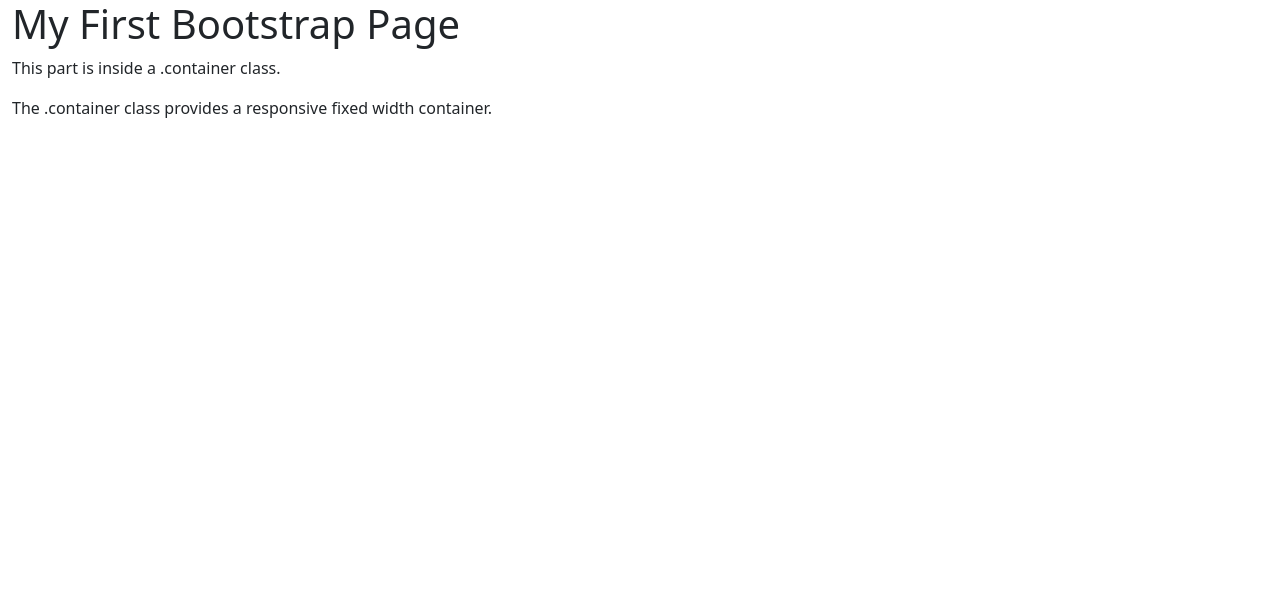
Repository: hoapham2k2/bai_tap_thuc_hanh_is207.n12
Page: index.html
An editor plug-in stored every save of this project. The page is shown before and after the next save, followed by the edit.
The browser window is 1280 px wide. The pictures show the whole page.

Above is the page before, as saved 2022-09-18 20:04:14.

After the next save:
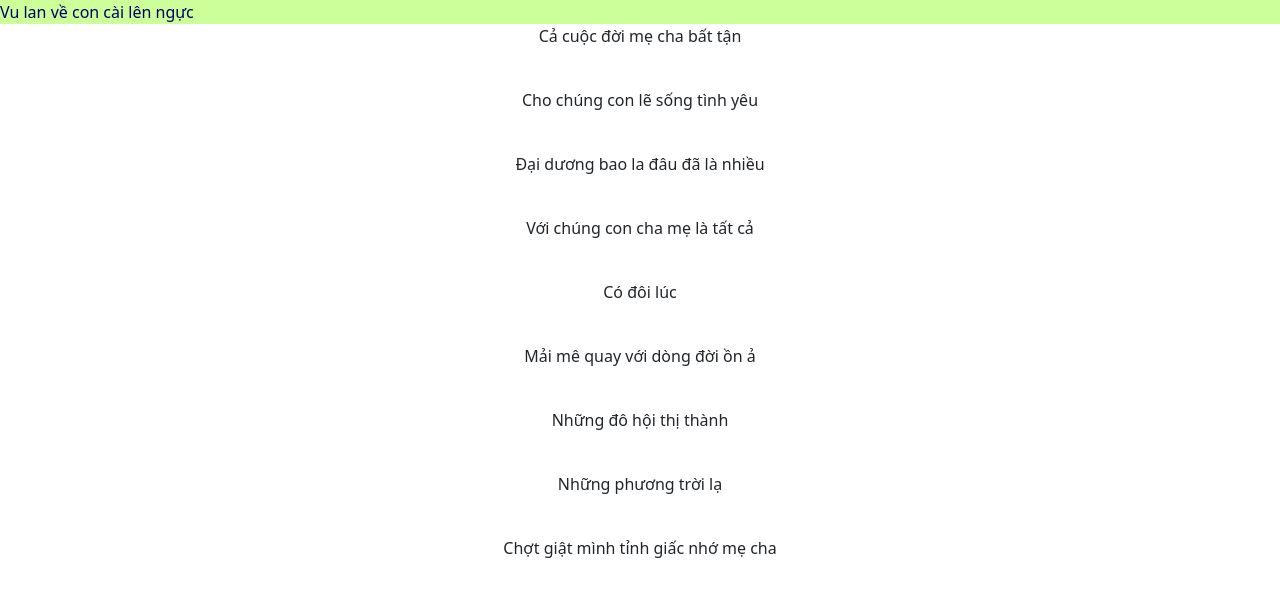
Saved 11 h 59 min later.
--- a/index.html
+++ b/index.html
@@ -15,12 +15,31 @@
 </head>
 
 <body>
-    <div class="container-fluid
-    ">
-        <h1>My First Bootstrap Page</h1>
-        <p>This part is inside a .container class.</p>
-        <p>The .container class provides a responsive fixed width container.</p>
+
+    <div class="poem">
+        <div class="poem_title">Vu lan về con cài lên ngực</div>
+        <div class="poem_body text-center">
+            <div class="poem_1st_parapraph">
+                <p>Cả cuộc đời mẹ cha bất tận</p><br>
+                <p>Cho chúng con lẽ sống tình yêu</p><br>
+                <p>Đại dương bao la đâu đã là nhiều</p><br>
+                <p>Với chúng con cha mẹ là tất cả</p><br>
+            </div>
+            <div class="poem_2st_parapraph">
+                <p>Có đôi lúc</p><br>
+                <p>Mải mê quay với dòng đời ồn ả</p><br>
+                <p>Những đô hội thị thành</p><br>
+                <p>Những phương trời lạ</p><br>
+                <p>Chợt giật mình tỉnh giấc nhớ mẹ cha</p><br>
+            </div>
+        </div>
     </div>
 </body>
+<style>
+    .poem_title {
+        color: #000066;
+        background-color: #ccff99;
+    }
+</style>
 
 </html>
